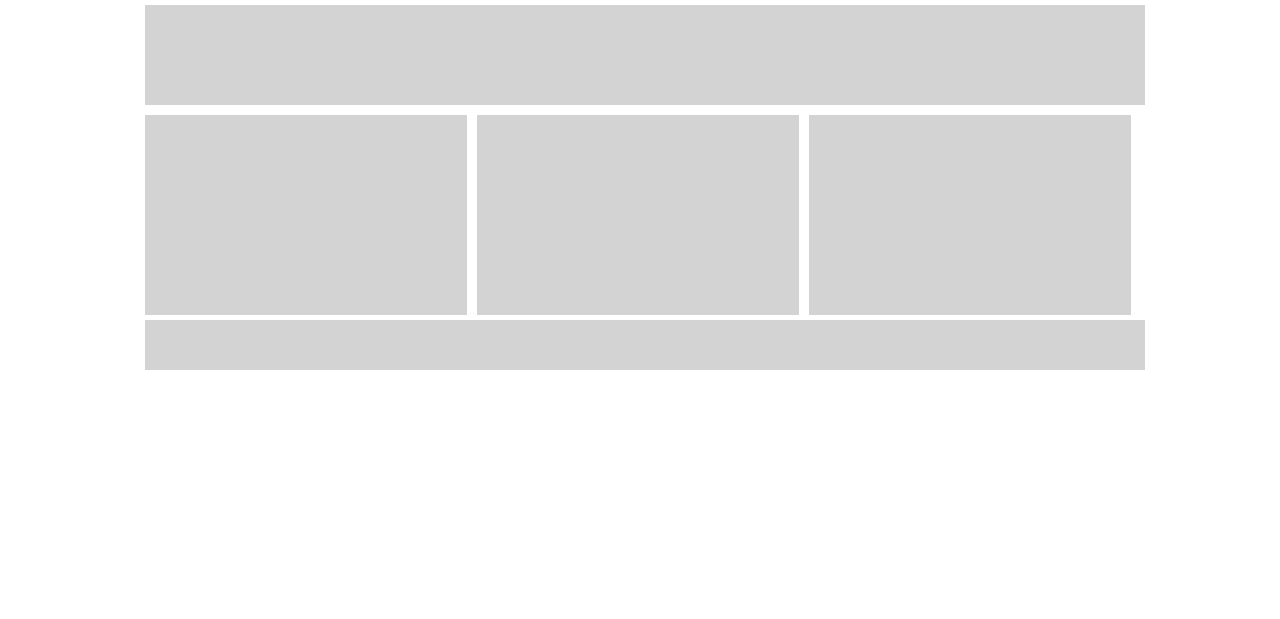
Repository: onopriienkoalina/onopriienkoalina.github.io
Page: dz9_containers/index.html
The author's editor kept a copy of each file at every save. The page is drawn from the files as they stood at one save, then again after the next save.
The browser window is 1280 px wide. The pictures show the whole page.
The style sheet was rebuilt from its Sass, Less or Tailwind sources for each picture, by a compiler version that may differ from the author's.

Above is the page before, as saved 2021-12-01 18:22:40.

After the next save:
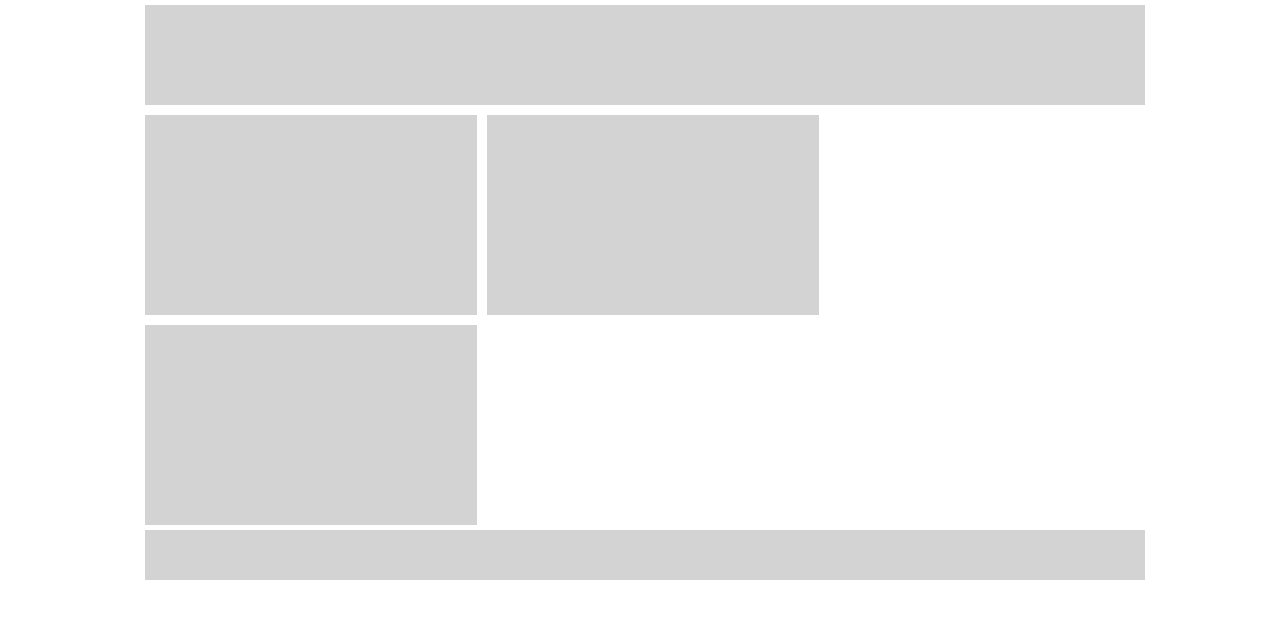
Saved 11 s later.
--- a/dz9_containers/style.scss
+++ b/dz9_containers/style.scss
@@ -1,7 +1,7 @@
 
 .section{
  float: left;
- width: 32.2%;
+ width: 33.2%;
  height: 200px;
  margin: 5px;
  background-color: #D3D3D3;
